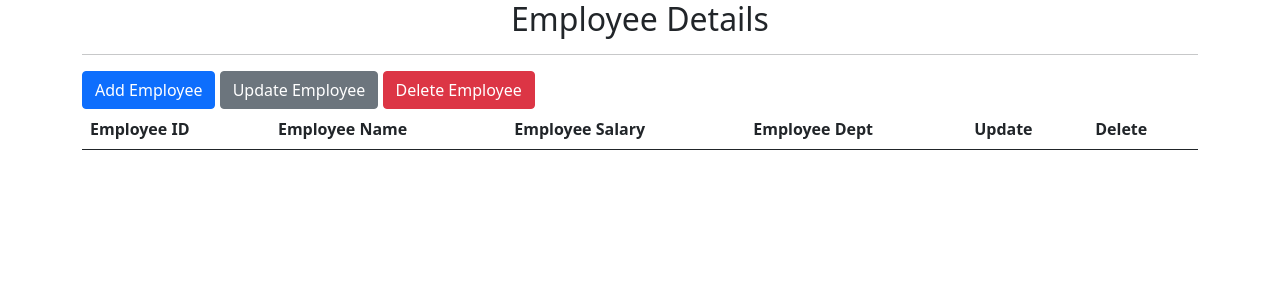
Repository: bhatideepak599/JspServlets
Page: http://localhost/10-student-mvc-db/Student
An editor plug-in stored every save of this project. The page is shown before and after the next save, followed by the edit.
The browser window is 1280 px wide. The pictures show the whole page.
The page is served by Tomcat 9. Queries for data that is not in the repository find no rows.

Above is the page before, as saved 2024-07-17 11:37:33.

After the next save:
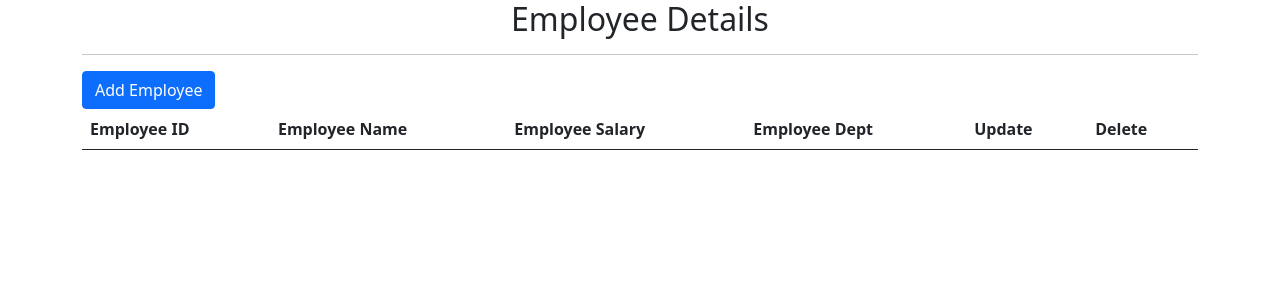
Saved 2 min 20 s later.
--- a/10-student-mvc-db/WebContent/empFile.jsp
+++ b/10-student-mvc-db/WebContent/empFile.jsp
@@ -33,8 +33,8 @@
 
 	<hr>
 	<a href="add-Employee.jsp" class="btn btn-primary">Add Employee</a>
-	<a href="update-Employee.jsp" class="btn btn-secondary">Update Employee</a>
-	<a href="delect-Employee.jsp" class="btn btn-danger">Delete Employee</a>
+	<!-- <a href="update-Employee.jsp" class="btn btn-secondary">Update Employee</a>
+	<a href="delect-Employee.jsp" class="btn btn-danger">Delete Employee</a> -->
 	<table class="table table-striped">
 
 		<thead>
